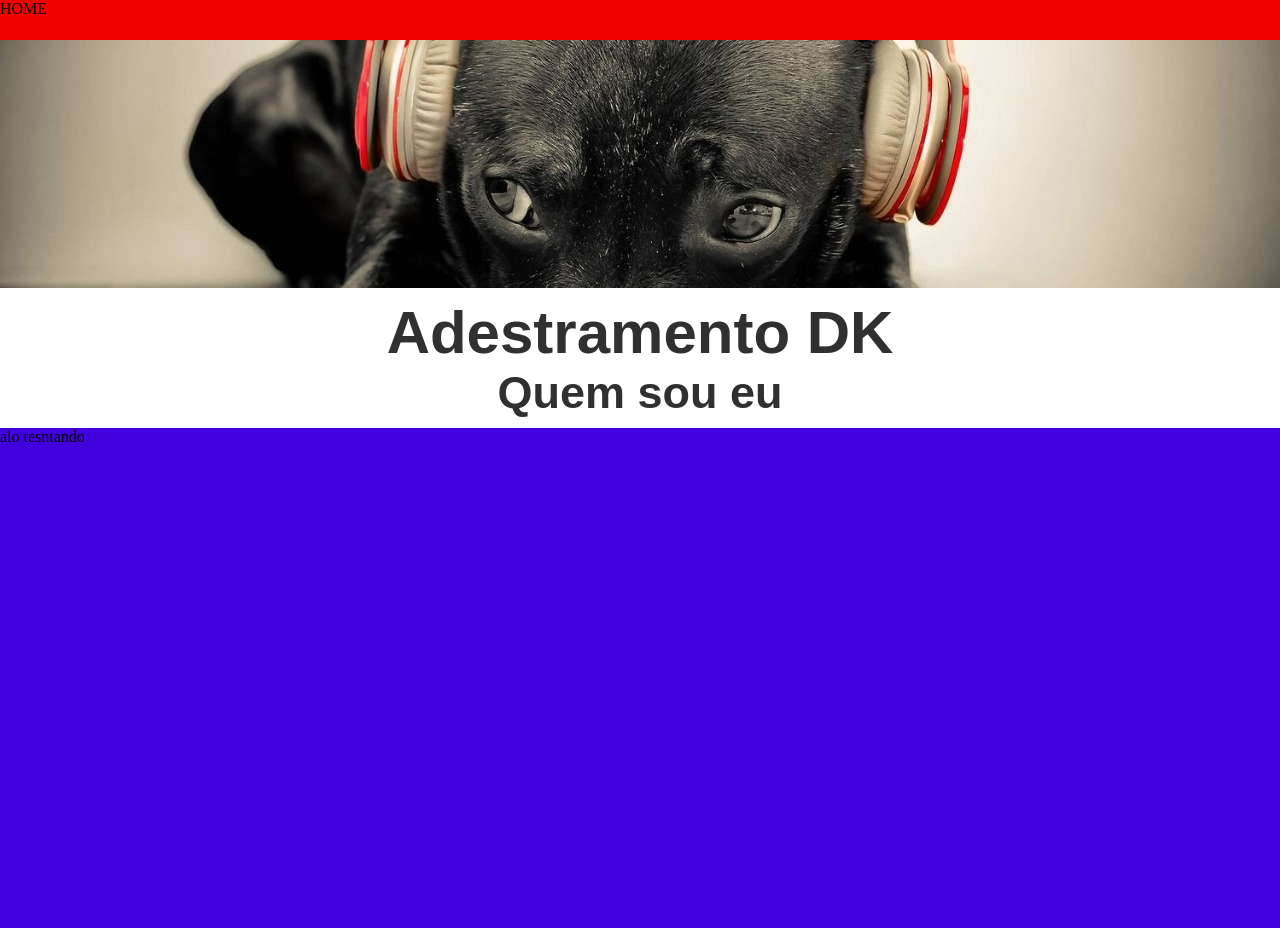
Repository: KevynMarques/Blog-React-StyledComponent
Page: /
These files come from the project's save history. The page is drawn as it stood at one moment and after a run of saves; the edit follows.
The browser window is 1280 px wide. The pictures show the whole page.
The project was rebuilt for these pictures with package versions that can differ from the ones it lists, and the page was loaded fresh each time.

Above is the page before, as saved 2022-01-28 13:01:10.

After the next 2 saves:
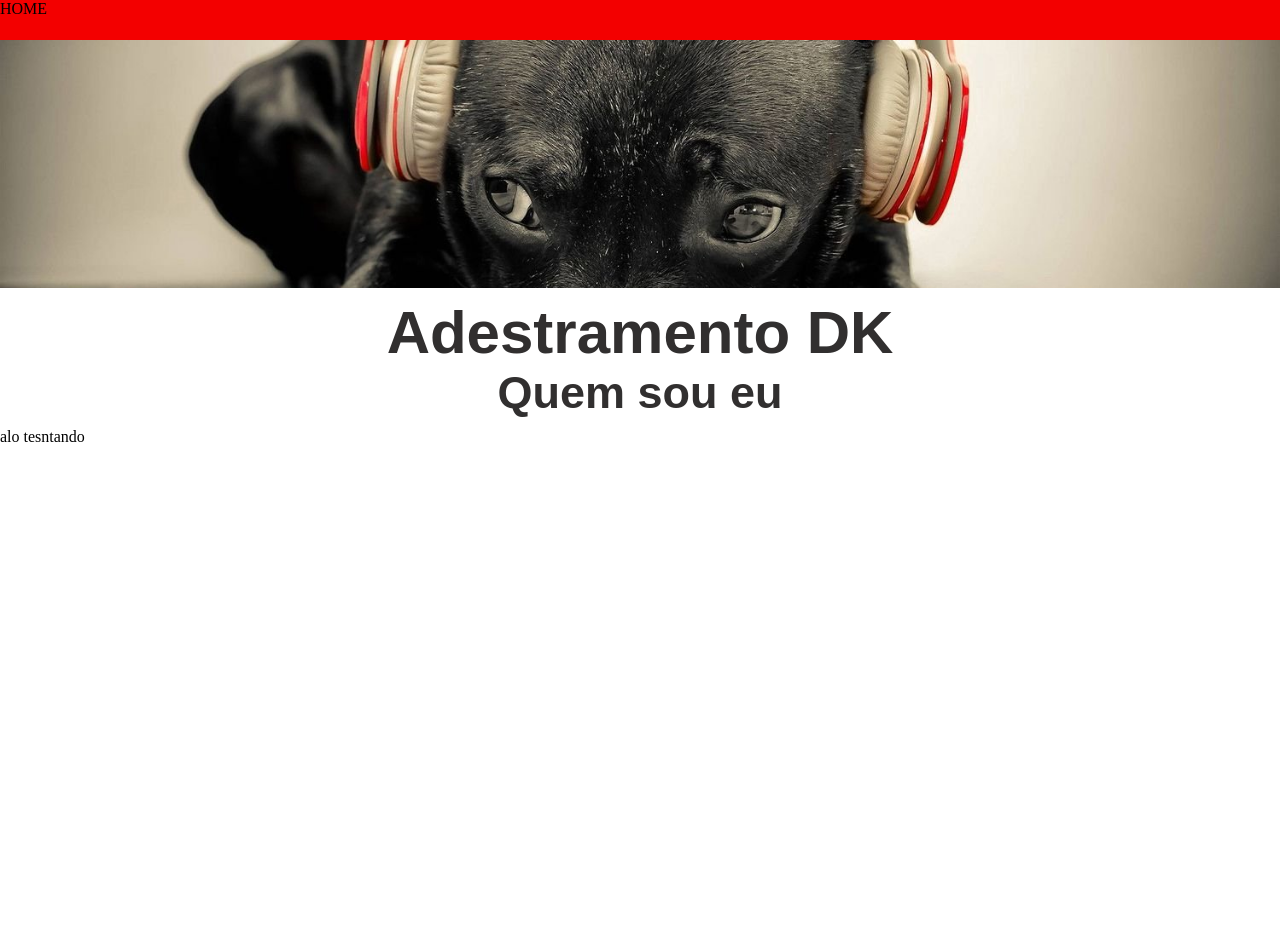
The 2 saves are shown as one change because they came seconds apart.
The last was saved 8 s later.
--- a/src/Components/Sobre/style.jsx
+++ b/src/Components/Sobre/style.jsx
@@ -17,7 +17,5 @@ margin-top: 10px;
 
 export const  Sobre  = styled.section `
   margin-top: 90px;
-  background-color: #4300df;
   height: 500px;
-  margin-left: 0px;
 `;
